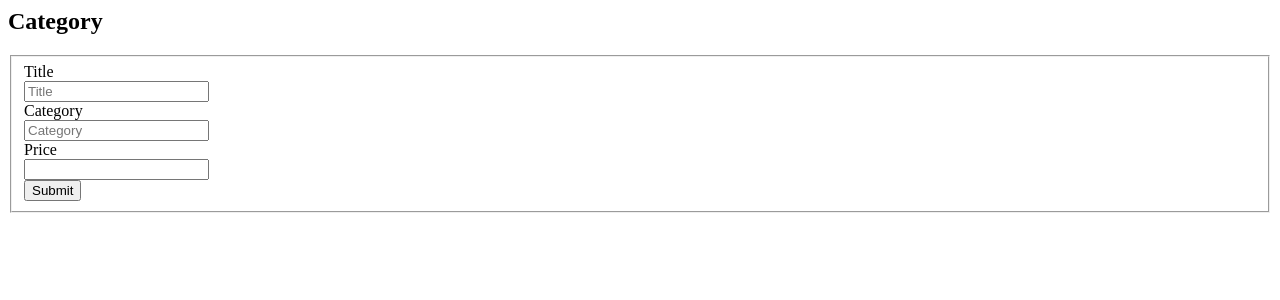
Repository: ssomnoremac/mean
Page: public/modules/products/views/create-category.client.view.html
The author's editor kept a record of every edit. The page is drawn from the files as they stood at one moment, then again after the next edit.
The browser window is 1280 px wide. The pictures show the whole page.

Above is the page before.

After the next edit:
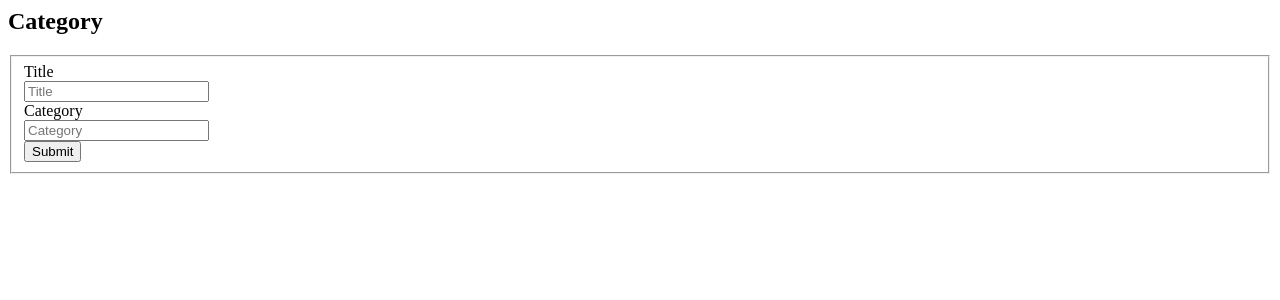
The edit:
--- a/public/modules/products/views/create-category.client.view.html
+++ b/public/modules/products/views/create-category.client.view.html
@@ -18,20 +18,8 @@
 						<input name="category" type="text" data-ng-model="category" id="category" class="form-control" placeholder="Category">
 					</div>
 				</div>
-				<div class="form-group">
-					<label class="control-label" for="Price">Price</label>
-					<div class="controls">
-						<input name="price" type="text" data-ng-model="price" id="price" class="form-control" >
-					</div>
-				</div>
-				<!-- need to add form for each field
-				<div class="form-group">
-					<label class="control-label" for="content">Content</label>
-					<div class="controls">
-						<textarea name="content" data-ng-model="content" id="content" class="form-control" cols="30" rows="10" placeholder="Content"></textarea>
-					</div>
-				</div>
-				-->
+
+
 				<div class="form-group">
 					<input type="submit" class="btn btn-default">
 				</div>
